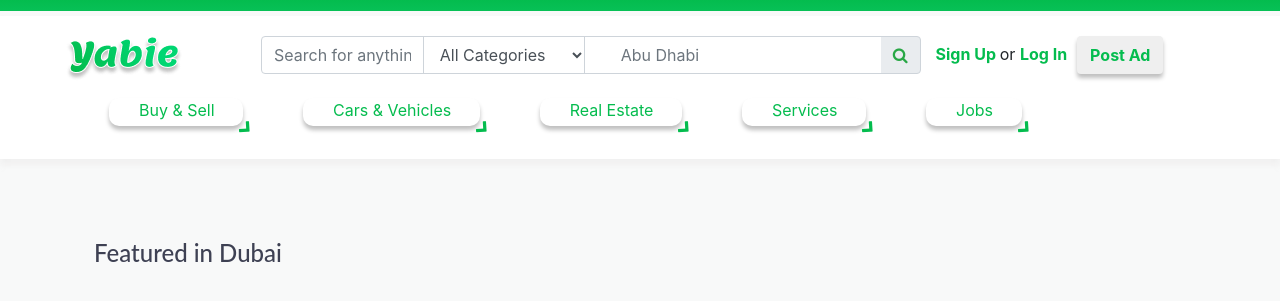
Repository: muazzamkha95/yabie
Page: homepage.html
The author's editor kept a copy of each file at every save. The page is drawn from the files as they stood at one save, then again after the next save.
The browser window is 1280 px wide. The pictures show the whole page.

Above is the page before, as saved 2020-07-03 23:38:51.
Console error: TypeError: Cannot read properties of undefined (reading 'fn')

### homepage.html
<!DOCTYPE html>
<html lang="en">
<head>
    <meta charset="UTF-8">
    <meta name="viewport" content="width=device-width, initial-scale=1.0">
    <title>Home Page</title>

    <link rel="stylesheet" href="https://maxcdn.bootstrapcdn.com/bootstrap/4.0.0/css/bootstrap.min.css" integrity="sha384-Gn5384xqQ1aoWXA+058RXPxPg6fy4IWvTNh0E263XmFcJlSAwiGgFAW/dAiS6JXm" crossorigin="anonymous">
    <link rel="stylesheet" href="https://stackpath.bootstrapcdn.com/font-awesome/4.7.0/css/font-awesome.min.css" integrity="sha384-wvfXpqpZZVQGK6TAh5PVlGOfQNHSoD2xbE+QkPxCAFlNEevoEH3Sl0sibVcOQVnN" crossorigin="anonymous">
    <link href="css/main.css"  rel="stylesheet"></link>

</head>
<body>
        <div class="topBar"></div>
        <nav>
            <div class="maincontainer">
                <div class="row">
                        <div class="col-md-2">
                            <img src="images/YabieLogo.png" alt="Yabie Logo" class="logo"/>
                        </div>
                        <div class="col-md-7">
                            <form class="form-inline" action="#">
                                <div class="input-group">
                                    <input type="text" class="form-control" placeholder="Search for anything" required>
                                    <select class="form-control border-right-0" required>
                                        <option>All Categories</option>
                                        <option value="a">A</option>
                                        <option value="b">B</option>
                                    </select>
                                    <div class="input-group">
                                        <div class="input-group-append">
                                            <span class="input-group-text bg-white text-success border-right-0"><i class="fa fa-map-marker-alt"></i></span>
                                        </div>
                                        <input type="text" class="form-control border-left-0 border-right-0" placeholder="Abu Dhabi" required>
                                        <div class="input-group-append">
                                            <button type="submit" class="input-group-text"><i class="fa fa-search text-success"></i></button>
                                        </div>
                                    </div>
                                </div>
                            </form>
                        </div>
                        <div class="col-md-3" >
                            <div class="row text-center">
                                <span style="padding-top: 6px;">
                                    <span class="btext"> Sign Up </span>  or <span class="btext">Log In</span>
                                </span>

                                <button class="btn btn-default btext pull-right boxshadow" style="margin-left: 10px;">Post Ad</button>
                            </div>
                        </div>

                </div>
                <div class="row mt-3" >
                    <span class="categoryTab">Buy & Sell <i class="keyboard_arrow_down_24px_rounded fa fa-chevron-right "></i></span>
                    <span class="categoryTab">Cars & Vehicles  <i class="keyboard_arrow_down_24px_rounded fa fa-chevron-right "></i></span>
                    <span class="categoryTab">Real Estate <i class="keyboard_arrow_down_24px_rounded fa fa-chevron-right "></i></span>
                    <span class="categoryTab">Services <i class="keyboard_arrow_down_24px_rounded fa fa-chevron-right "></i></span>
                    <span class="categoryTab">Jobs <i class="keyboard_arrow_down_24px_rounded fa fa-chevron-right "></i></span>
                </div>
            </div>
        </nav>

        <section class="maincontainer" >
            <div class="row">
                <div class="col-md-6 pull-left">
                    <p class="sectionTitle">
                        Featured in Dubai
                    </p>
                </div>
                <div class="col-md-6 pull-right"></div>
            </div>
        </section>


</body>
<script src="https://maxcdn.bootstrapcdn.com/bootstrap/4.0.0/js/bootstrap.min.js" integrity="sha384-JZR6Spejh4U02d8jOt6vLEHfe/JQGiRRSQQxSfFWpi1MquVdAyjUar5+76PVCmYl" crossorigin="anonymous"></script>
<script src="js/main.js" type="text/javascript"></script>
</html>

### css/main.css
/* Body */
*{
    padding: 0;
    margin: 0;
}
body{
    background: #F8F9F9;

}

/* Main navbar css */

.topBar{

    position: absolute;
    width: 100%;
    height: 11px;
    left: 0px;
    top: 0px;

    background: linear-gradient(180deg, #04BC4E 0%, #15D57B 537.5%);
}


nav{
    position: absolute;
    width: 100%;
    height: 143px;
    left: 0px;
    top: 16px;
    background: #FFFFFF;
    box-shadow: 0px 6px 6px rgba(219, 214, 214, 0.25);
    padding-top: 20px;
}

.maincontainer{
    width: 90%;
    margin-left:auto;
    margin-right: auto;
}

.logo{
    height: 100;
}
.btext{
    font-weight: bold;
    color: #04BC4E;
}

.boxshadow{
    box-shadow: 0px 4px 4px rgba(0, 0, 0, 0.25);
}

.categoryTab{
    display: inline;
    box-shadow: 0px 4px 4px rgba(0, 0, 0, 0.25);
    background-color: #FFFFFF;
    color: #04BC4E;
    border-radius: 10px;
    margin-left: 60px;
    padding-left: 30px;


}
.keyboard_arrow_down_24px_rounded{
    position: relative;
    width: 24px;
    height: 24px;
    left:17px;
    top: 22px;
    transform: rotate(41.5deg);

}

/* Main section  */

#mainSection{
    background-color: hotpink;
    width: 100%;
     margin-top: 170px;
}


.sectionTitle{
    position: absolute;
width: 328px;
height: 40px;
left: 45px;
top: 238px;

font-family: Lato;
font-style: normal;
font-weight: 500;
font-size: 24px;
line-height: 29px;

color: #3E4153;
}

Loaded but not shown: js/main.js (no stored copy; drawn as an empty file)

After the next save:
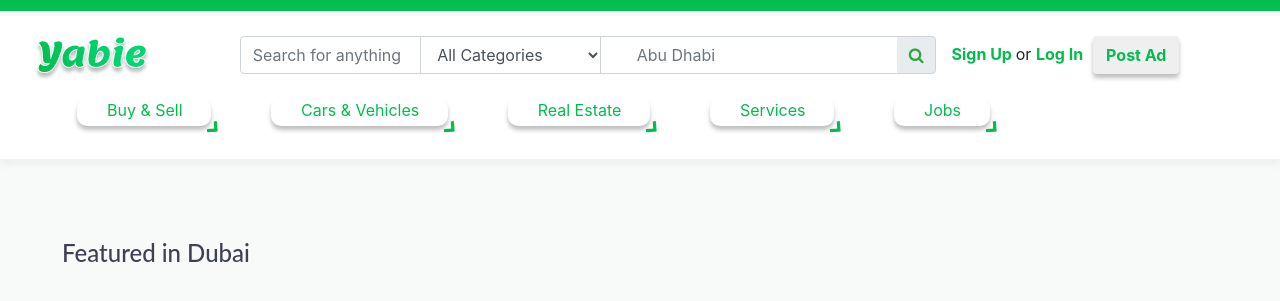
Saved 24 s later.
--- a/css/main.css
+++ b/css/main.css
@@ -34,7 +34,7 @@ nav{
 }
 
 .maincontainer{
-    width: 90%;
+    width: 95%;
     margin-left:auto;
     margin-right: auto;
 }
